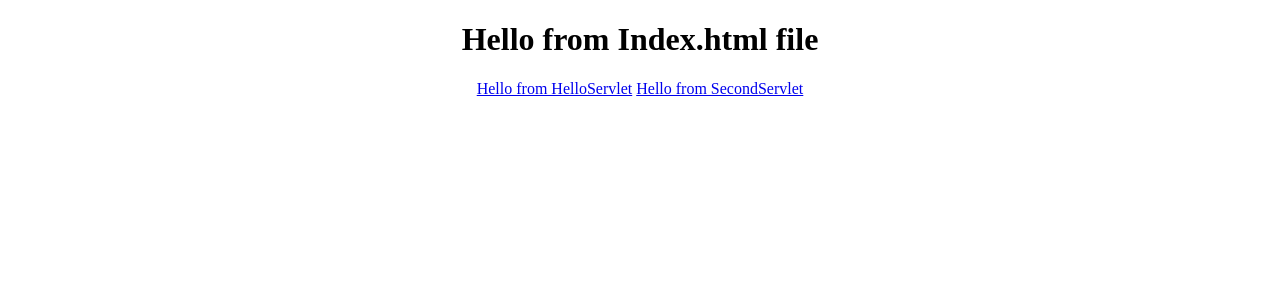
Repository: 83520-my-git-data/advjava
Page: assignment01_classwork/day01/firstapp/src/main/webapp/index.html
These files come from the project's save history. The page is drawn as it stood at one moment and after the next save; the edit follows.
The browser window is 1280 px wide. The pictures show the whole page.

Above is the page before, as saved 2024-06-07 15:18:19.

### assignment01_classwork/day01/firstapp/src/main/webapp/index.html
<!DOCTYPE html>
<html>
<head>
<meta charset="ISO-8859-1">
<title>Home</title>
</head>
<body style="text-align:center">
<h1>Hello from Index.html file</h1>
<form>
	<a href="hello" >Hello from HelloServlet</a>
	<a href="cya">Hello from SecondServlet</a>
</form>

</body>
</html>

After the next save:
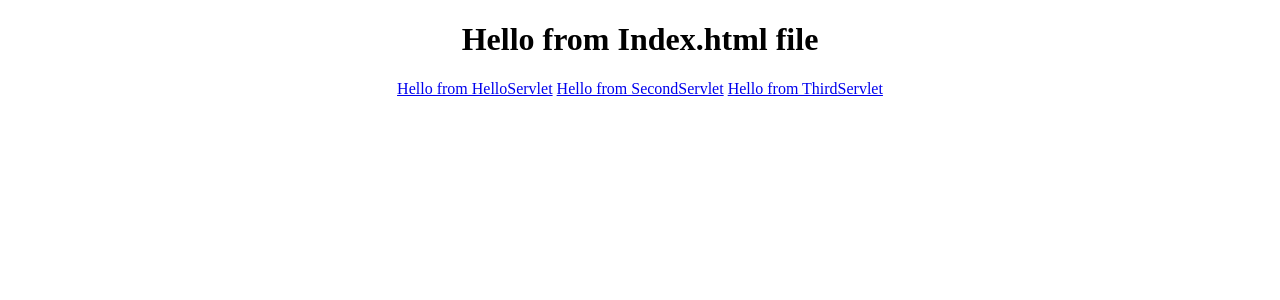
Saved 63 s later.
--- a/assignment01_classwork/day01/firstapp/src/main/webapp/index.html
+++ b/assignment01_classwork/day01/firstapp/src/main/webapp/index.html
@@ -9,6 +9,7 @@
 <form>
 	<a href="hello" >Hello from HelloServlet</a>
 	<a href="cya">Hello from SecondServlet</a>
+	<a href="greetings">Hello from ThirdServlet</a>
 </form>
 
 </body>
